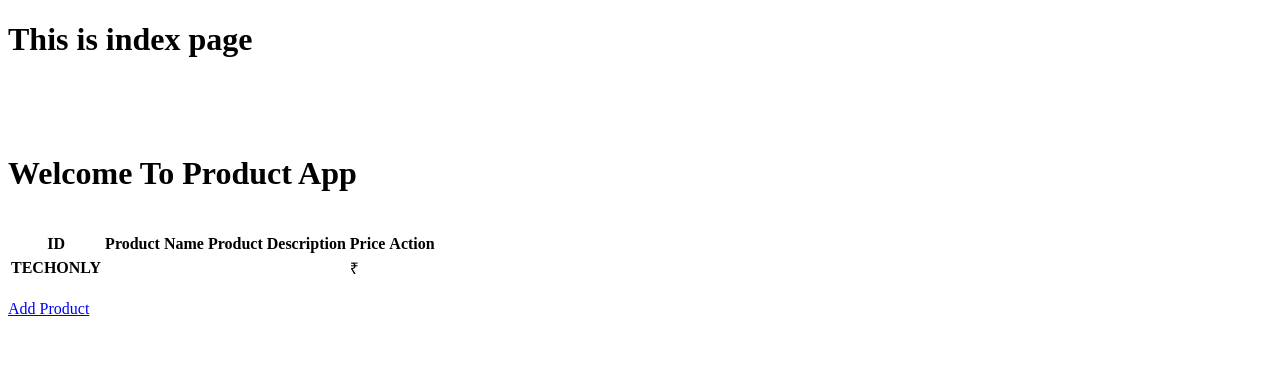
Repository: AQUIB7050/springProjects
Page: http://localhost/productcrudapp/WEB-INF/views/index.jsp
An editor plug-in stored every save of this project. The page is shown before and after a run of saves, followed by the edit.
The browser window is 1280 px wide. The pictures show the whole page.
The page is served by Tomcat 9. Nobody is signed in. The template is opened directly, without the code that normally fills it, so the values that code supplies are empty.

Above is the page before, as saved 2024-06-12 15:51:54.

After the next 2 saves:
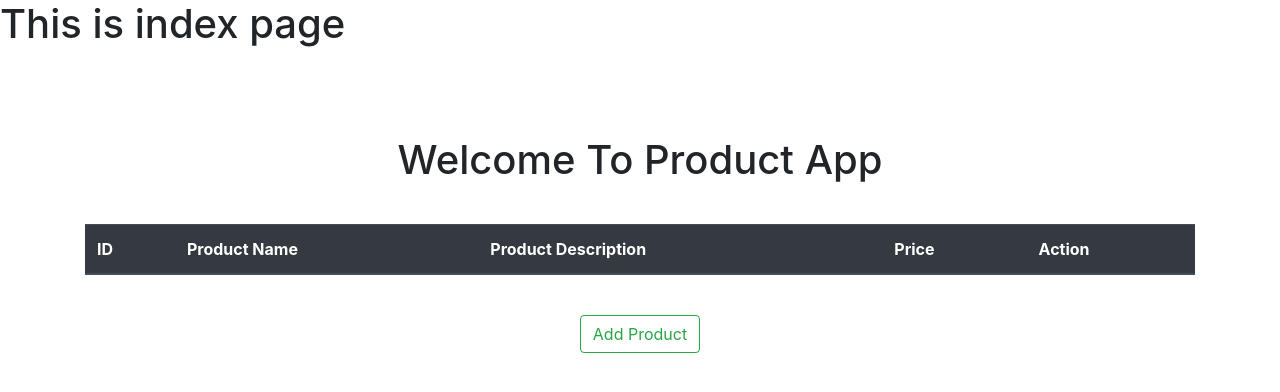
The 2 saves are shown as one change because they came seconds apart.
The last was saved 38 s later.
--- a/productcrudapp/src/main/webapp/WEB-INF/views/index.jsp
+++ b/productcrudapp/src/main/webapp/WEB-INF/views/index.jsp
@@ -3,8 +3,7 @@
 <!DOCTYPE html>
 <html>
 <head>
-<meta charset="UTF-8">
-<title>Insert title here</title>
+<%@include file="./base.jsp"%>
 </head>
 <body>
 	<h1>This is index page</h1>
